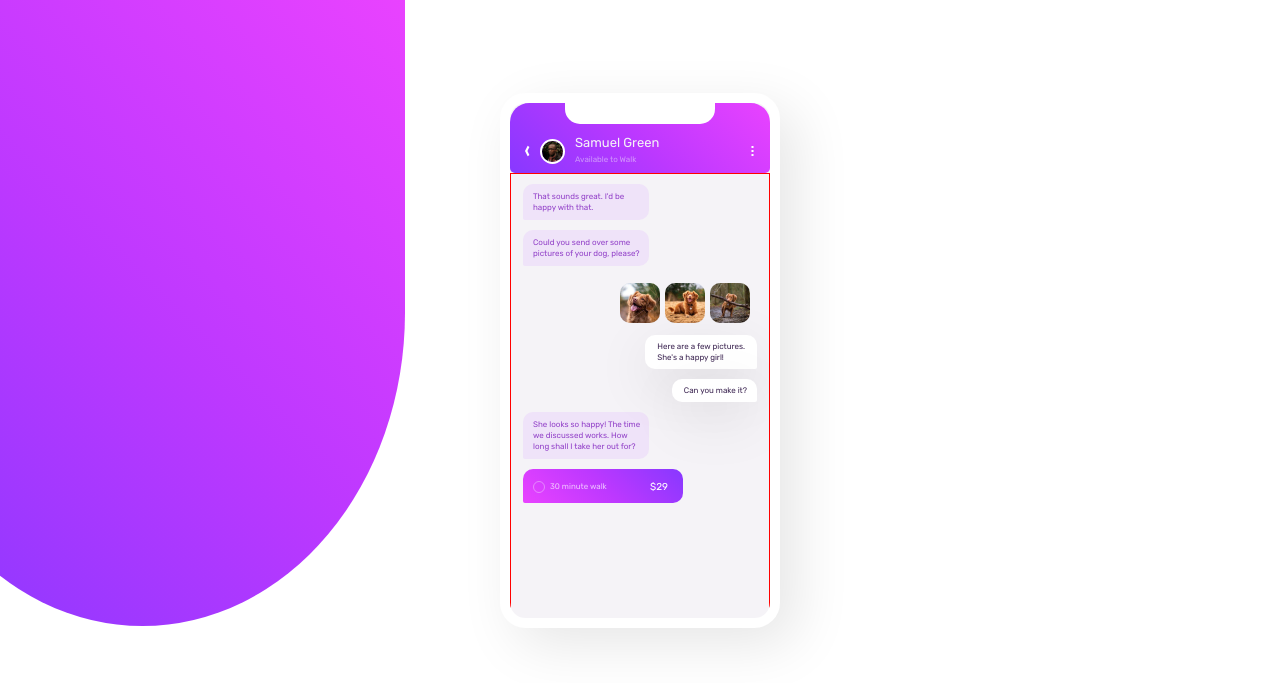
Repository: KamoliddinGIT/chat-app-css-illustration
Page: index.html
These files come from the project's save history. The page is drawn as it stood at one moment and after a run of saves; the edit follows.
The browser window is 1280 px wide. The pictures show the whole page.

Above is the page before, as saved 2023-09-25 18:37:31.

After the next 2 saves:
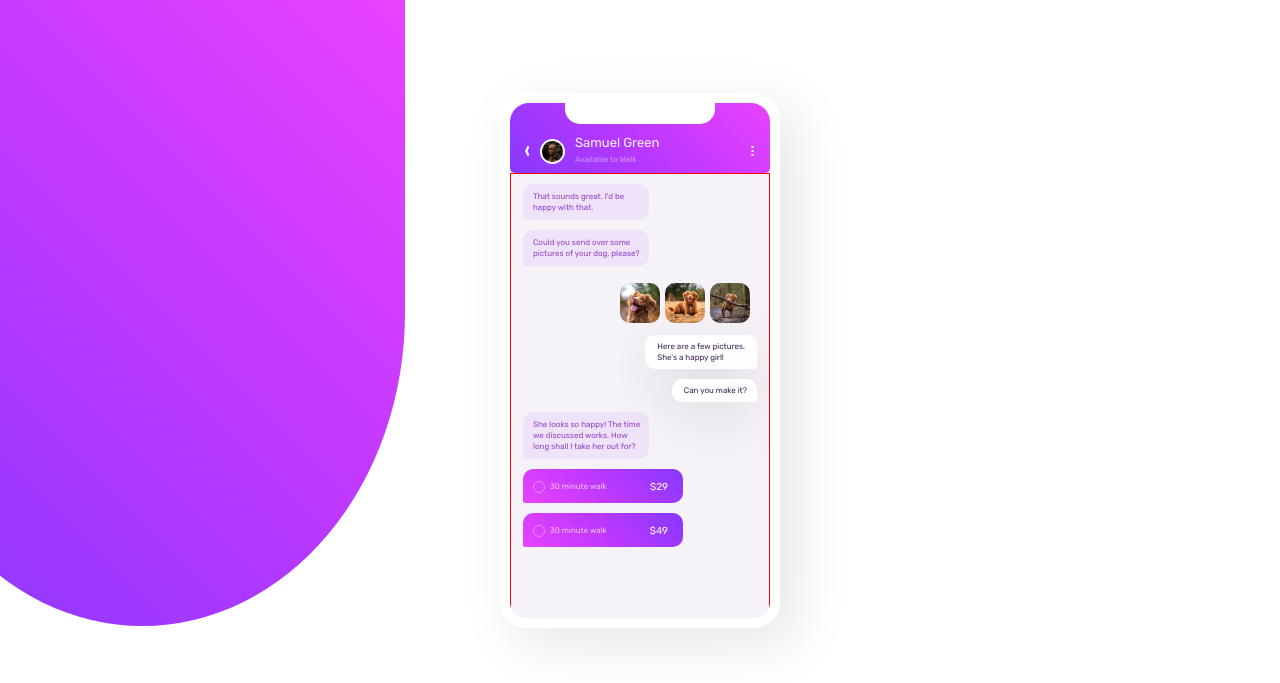
The 2 saves are shown as one change because they came seconds apart.
The last was saved 11 s later.
--- a/index.html
+++ b/index.html
@@ -64,6 +64,11 @@
             <span class="times">30 minute walk </span>
             <div class="price">$29</div>
           </div>
+          <div class="receive-price">
+            <div class="circle"></div>
+            <span class="times">30 minute walk </span>
+            <div class="price">$49</div>
+          </div>
         </div>
       </div>
     </div>
